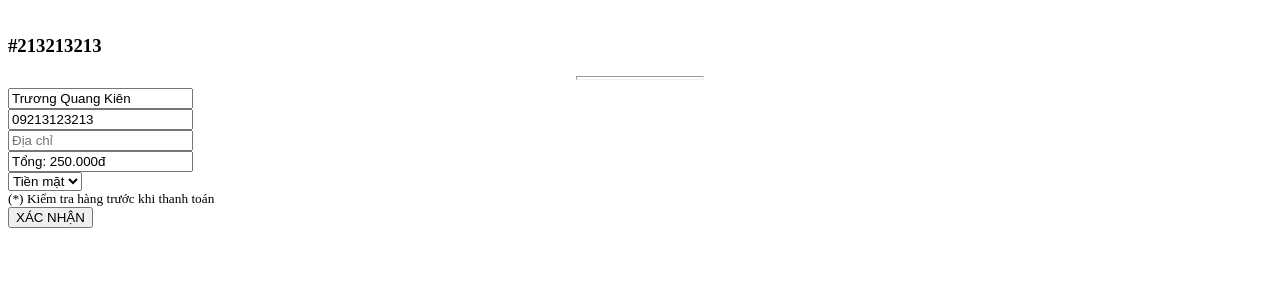
Repository: kienkiddo/BaiTapWebBanHang
Page: http://localhost/LapTrinhWebsite/home/view/thanks.jsp
An editor plug-in stored every save of this project. The page is shown before and after the next save, followed by the edit.
The browser window is 1280 px wide. The pictures show the whole page.
The page is served by Tomcat 9. Other server files are loaded and not shown.

Above is the page before, as saved 2022-05-11 13:50:14.

### LapTrinhWebsite/src/main/webapp/home/view/thanks.jsp
<%@ page contentType="text/html; charset=UTF-8"%>
<%@ taglib prefix="c" uri="http://java.sun.com/jsp/jstl/core"%>
<%@ taglib prefix="fmt" uri="http://java.sun.com/jsp/jstl/fmt"%>

<div class="container" style="margin-top: 35px">
  <div class="row">
    <div class="col">
      <h3 class="text-center">#213213213</h3>
      <hr style="width: 10%; height: 2px" class="color-main">
      <div class="container pt-4">
        <div class="row">
          <div class="col-6 offset-3">
            <form class="mt-1">
              <div class="input-group form-group">
                <span class="input-group-prepend">
                  <div class="input-group-text bg-light border-right-0"><i class="fa fa-user"></i>
                  </div>
                </span>
                <input class="form-control py-2 border-left-0 border" id="name" name="name"
                  placeholder="Họ và tên" value="Trương Quang Kiên">
              </div>
              <div class="input-group form-group">
                <span class="input-group-prepend">
                  <div class="input-group-text bg-light border-right-0"><i class="fas fa-phone"></i>
                  </div>
                </span>
                <input class="form-control py-2 border-left-0 border"  id="phone" name="phone"
                  placeholder="Số điện thoại" value="09213123213">
              </div>
              <div class="input-group form-group">
                <span class="input-group-prepend">
                  <div class="input-group-text bg-light border-right-0"><i class="fas fa-address-book"></i>
                  </div>
                </span>
                <input class="form-control py-2 border-left-0 border"  id="phone" name="phone"
                  placeholder="Địa chỉ" value="">
              </div>
              <div class="input-group form-group">
                <span class="input-group-prepend">
                  <div class="input-group-text bg-light border-right-0"><i class="fa fa-coins"></i>
                  </div>
                </span>
                <input class="form-control py-2 border-left-0 border" id="name" name="name"
              value="Tổng: 250.000đ" readonly>
              </div>
              <div class="input-group form-group mb-0">
                <span class="input-group-prepend">
                  <div class="input-group-text bg-light border-right-0"><i class="fas fa-wallet"></i>
                  </div>
                </span>
                <select class="form-control">
                    <option>Tiền mặt</option>
                </select>
              </div>
              <small><span class="text-danger">(*)</span> Kiểm tra hàng trước khi thanh toán</small></br>
              <button class="btn btn-primary btn-sm font-weight-bold form-control mt-3"><span class="fas fa-key"></span> XÁC NHẬN</button>
            </form>
          </div>
        </div>
      </div>
    </div>
  </div>
</div>

### LapTrinhWebsite/src/main/java/commom/Security.java
package commom;

import java.math.BigInteger;
import java.security.MessageDigest;
import java.util.UUID;

import javax.servlet.http.Cookie;
import javax.servlet.http.HttpServletResponse;

import model.User;

public class Security {

	public static String getMd5(String s) {
		try {
			byte[] bytesOfMessage = s.getBytes("UTF-8");
			MessageDigest md = MessageDigest.getInstance("MD5");
			byte[] theMD5digest = md.digest(bytesOfMessage);
			BigInteger no = new BigInteger(1, theMD5digest);

			String hashtext = no.toString(16);
			while (hashtext.length() < 32) {
				hashtext = "0" + hashtext;
			}
			return hashtext;
		} catch (Exception e) {
			e.printStackTrace();
		}
		return "";
	}


	public static void setCookieLogin(String user, String pass, String hashkey, HttpServletResponse response) {
		Cookie cookie = new Cookie("email", user);
		cookie.setMaxAge(60 * 60 * 24 * 90);
		Cookie cookie2 = new Cookie("pass", pass);
		cookie2.setMaxAge(60 * 60 * 24 * 90);
		Cookie cookie3 = new Cookie("hashkey", hashkey);
		cookie3.setMaxAge(60 * 60 * 24 * 90);

		response.addCookie(cookie);
		response.addCookie(cookie2);
		response.addCookie(cookie3);
	}

	public static void deleteCookieLogin(HttpServletResponse response) {
		Cookie cookie = new Cookie("email", "");
		cookie.setMaxAge(0);
		Cookie cookie2 = new Cookie("pass", "");
		cookie2.setMaxAge(0);
		Cookie cookie3 = new Cookie("hashkey", "");
		cookie3.setMaxAge(0);

		response.addCookie(cookie);
		response.addCookie(cookie2);
		response.addCookie(cookie3);
	}

	public static String creatHashkey() {
		return UUID.randomUUID().toString();
	}


	public static void setHashkey(String hashkey, HttpServletResponse response) {
		Cookie cookie = new Cookie("hashkey", hashkey);
		cookie.setMaxAge(60 * 60 * 24 * 90);
		response.addCookie(cookie);
	}

	public static String getHashkey(Cookie[] cookies) {
		if (cookies == null) {
			return null;
		}
		for (int i = 0; i < cookies.length; i++) {
			String name = cookies[i].getName();
			String value = cookies[i].getValue();
			if (name.equals("hashkey")) {
				return value;
			}
		}
		return null;
	}

	public static void removeHashkey(HttpServletResponse response) {
		Cookie cookie = new Cookie("hashkey", "");
		cookie.setMaxAge(0);
		response.addCookie(cookie);
	}

}

After the next save:
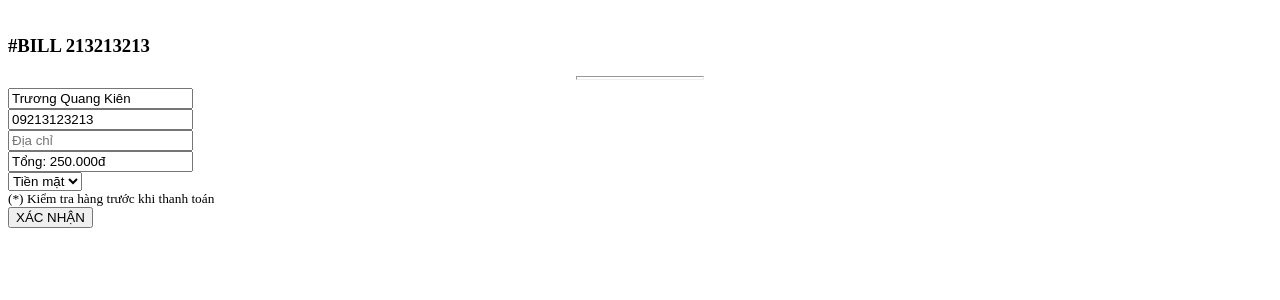
Saved 14 s later.
--- a/LapTrinhWebsite/src/main/webapp/home/view/thanks.jsp
+++ b/LapTrinhWebsite/src/main/webapp/home/view/thanks.jsp
@@ -5,7 +5,7 @@
 <div class="container" style="margin-top: 35px">
   <div class="row">
     <div class="col">
-      <h3 class="text-center">#213213213</h3>
+      <h3 class="text-center">#BILL 213213213</h3>
       <hr style="width: 10%; height: 2px" class="color-main">
       <div class="container pt-4">
         <div class="row">
